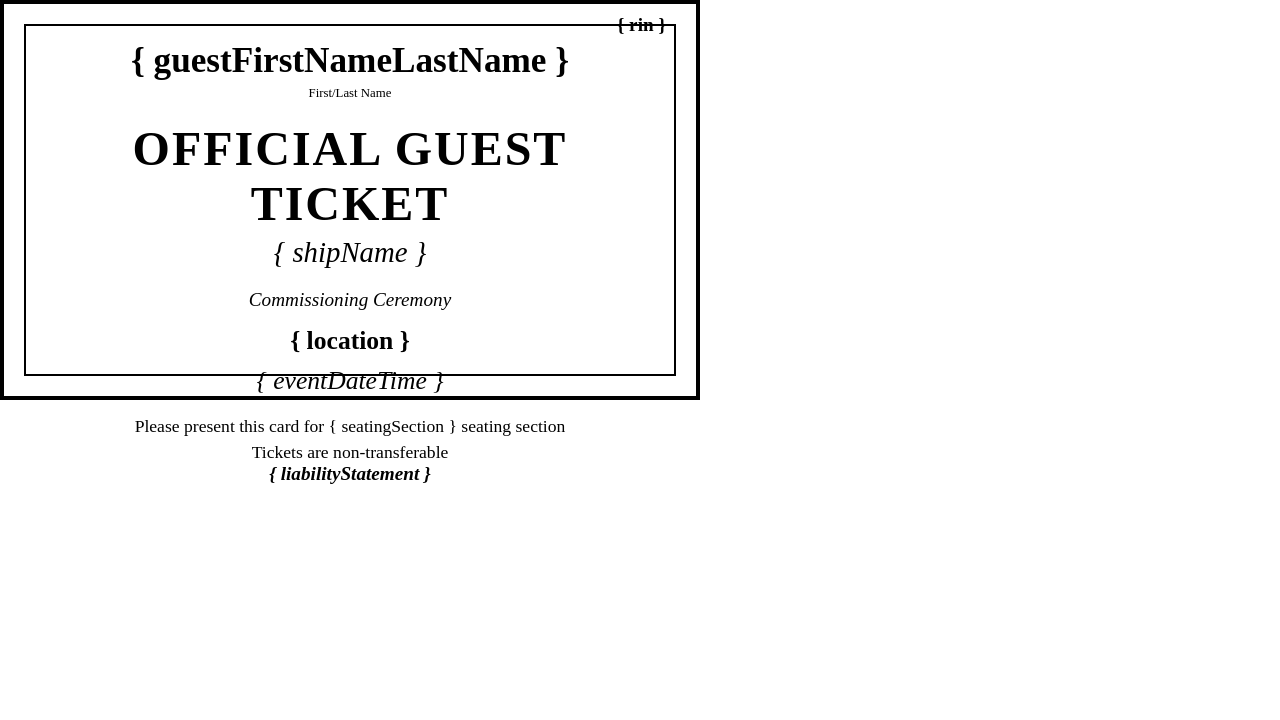
Repository: yaleevans/SabelWeasyPrintPDFLambda
Page: event_ticket_template.html
The author's editor kept a copy of each file at every save. The page is drawn from the files as they stood at one save, then again after the next save.
The browser window is 1280 px wide. The pictures show the whole page.

Above is the page before, as saved 2025-10-17 10:51:03.

After the next save:
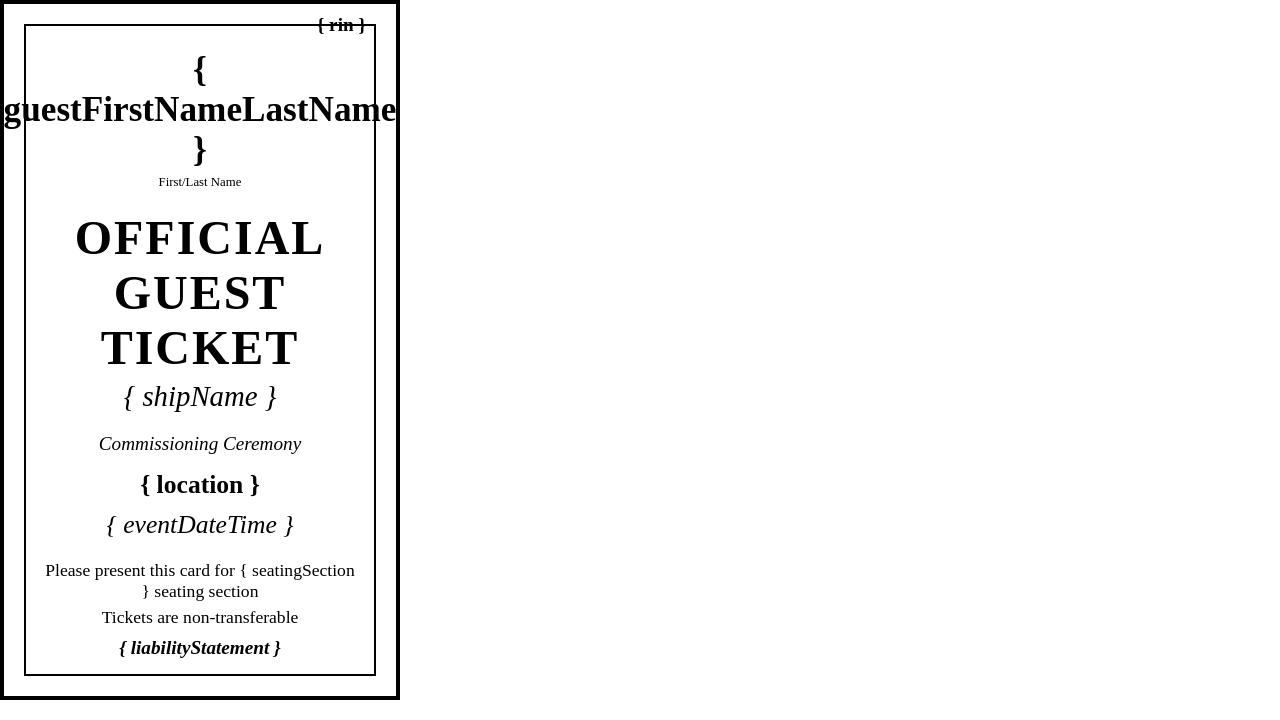
Saved 2 min 3 s later.
--- a/event_ticket_template.html
+++ b/event_ticket_template.html
@@ -3,9 +3,9 @@
 <head>
     <title>Official Guest Ticket</title>
     <style>
-        /* CRITICAL FIX 1: Set the PDF page size to match the ticket size (700px wide x 400px tall) */
+        /* CRITICAL FIX 1: Set the PDF page size to PORTRAIT (400px wide x 700px tall) */
         @page {
-            size: 700px 400px;
+            size: 400px 700px;
             margin: 0; /* Remove default page margins */
         }
 
@@ -15,33 +15,32 @@
             font-family: 'Times New Roman', Times, serif;
             background-color: white;
             /* Ensure body fills the @page area */
-            width: 700px;
-            height: 400px;
+            width: 400px;
+            height: 700px;
         }
         .ticket-container {
-            /* This is the final visible ticket box, set to the full page size */
-            width: 700px;
-            height: 400px;
+            /* This is the final visible ticket box, set to the full page size (400x700) */
+            width: 400px;
+            height: 700px;
 
-            /* Outer Border (4px) and Padding (20px) are here.
-               Total vertical/horizontal consumption: 2*4 + 2*20 = 48px */
+            /* Outer Border (4px) and Padding (20px) consumption: 48px on both axes */
             border: 4px solid black;
             padding: 20px;
 
-            margin: 0; /* Remove auto margins */
+            margin: 0;
 
             text-align: center;
             color: black;
             box-sizing: border-box;
             position: relative;
 
-            /* The inner content space for .inner-border is 652px wide x 352px high */
+            /* The inner content space for .inner-border is 352px wide x 652px high */
         }
         .inner-border {
             /* CRITICAL FIX 2: Set fixed pixel height/width to match the parent's content box
-               (700 - 48 = 652 and 400 - 48 = 352) to ensure perfect fit and prevent errors. */
-            width: 652px;
-            height: 352px;
+               (400 - 48 = 352 and 700 - 48 = 652) */
+            width: 352px;
+            height: 652px;
 
             border: 2px solid black;
             padding: 15px;
